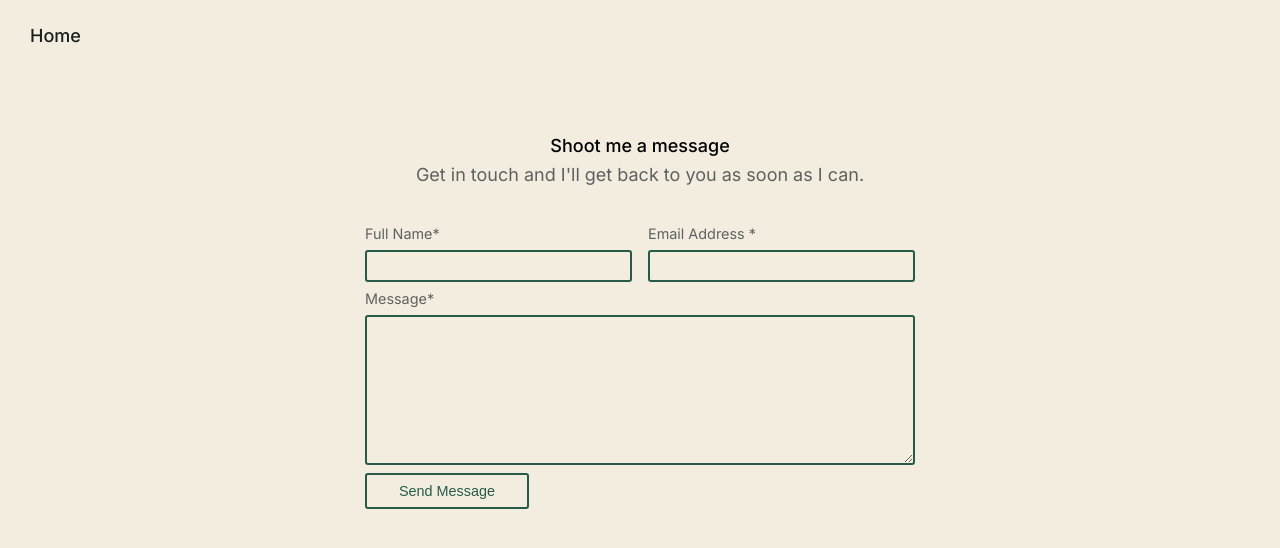
Repository: David-Waite/David-Waite-Portfolio
Page: /contact
The author's editor kept a copy of each file at every save. The page is drawn from the files as they stood at one save, then again after the next save.
The browser window is 1280 px wide. The pictures show the whole page.
The project was rebuilt for these pictures with package versions that can differ from the ones it lists, and the page was loaded fresh each time. The framework's server and built-in components were replaced by stand-ins that run in the browser. Also part of the build but not shown: next.config.js, app/components/Nav/NavButton/navButton.module.css, app/components/Nav/NavButton/NavButton.tsx.

Above is the page before, as saved 2023-07-26 20:12:32.

After the next save:
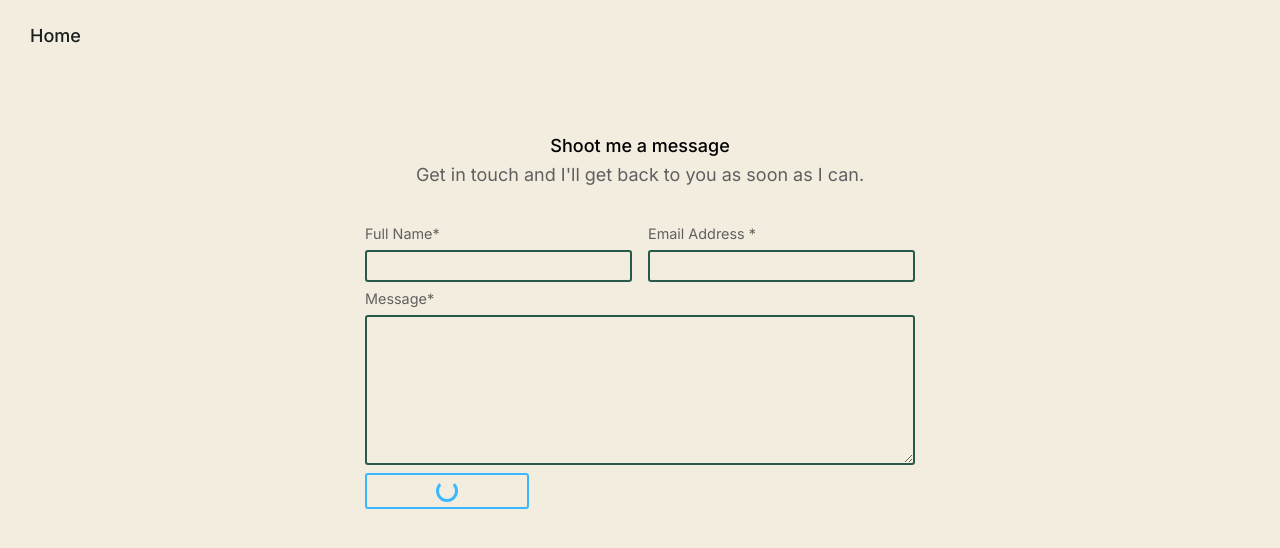
Saved 18 s later.
--- a/app/components/Contact/contact.tsx
+++ b/app/components/Contact/contact.tsx
@@ -92,7 +92,7 @@ export const Contact = () => {
 
         <button
           type="submit"
-          className={`${styles.button} ${styles.loading}`}
+          className={`${styles.button} ${styles.btnLoading}`}
           disabled={disabled}
         >
           Send Message
